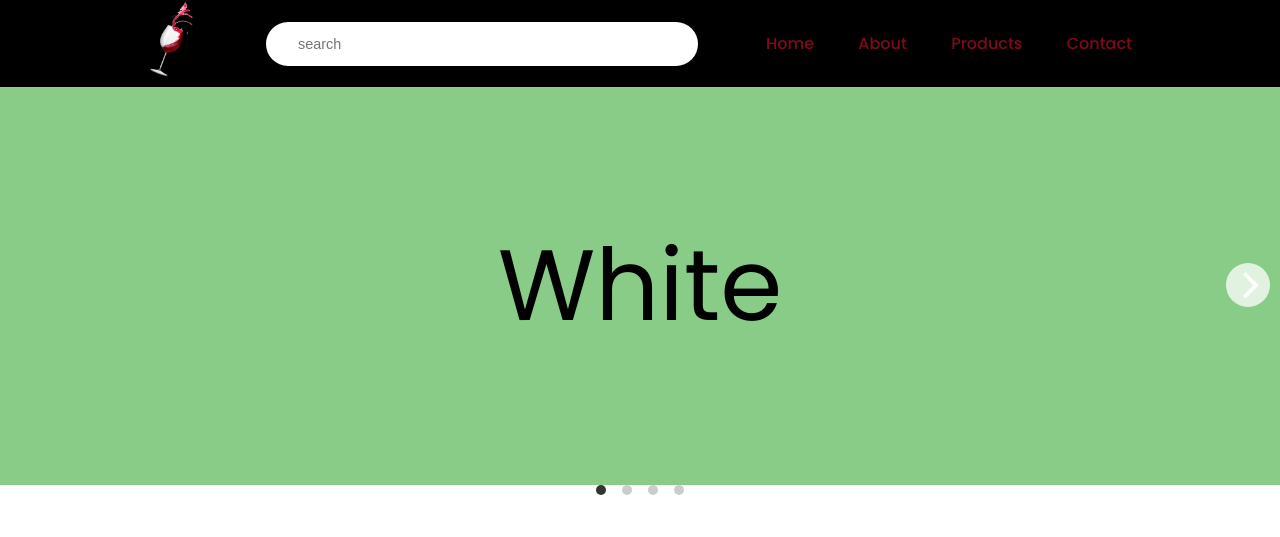
Repository: vncntxl/assesment3
Page: index.html
The author's editor kept a copy of each file at every save. The page is drawn from the files as they stood at one save, then again after the next save.
The browser window is 1280 px wide. The pictures show the whole page.
Some icons come from a web library that is not loaded, so they are not drawn.

Above is the page before, as saved 2024-08-21 17:50:08.

After the next save:
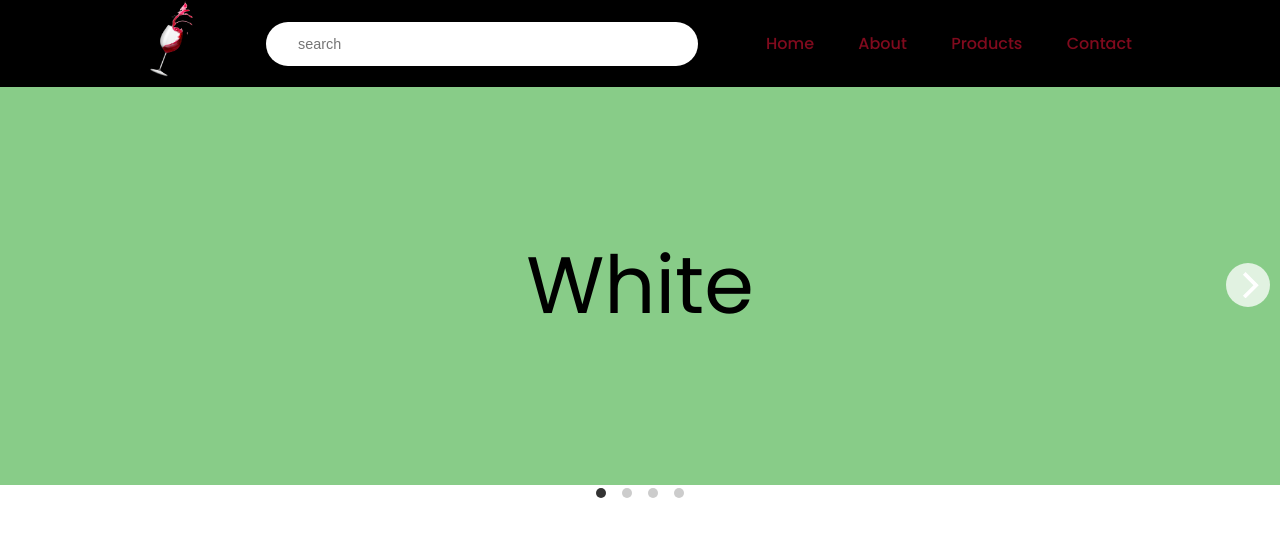
Saved 10 s later.
--- a/styles.css
+++ b/styles.css
@@ -69,7 +69,7 @@ nav li a {
 
 .carousel {
     background: #EEE;
-    font-size: 100px
+    font-size: 80px;
   }
 
   .carousel-cell {
